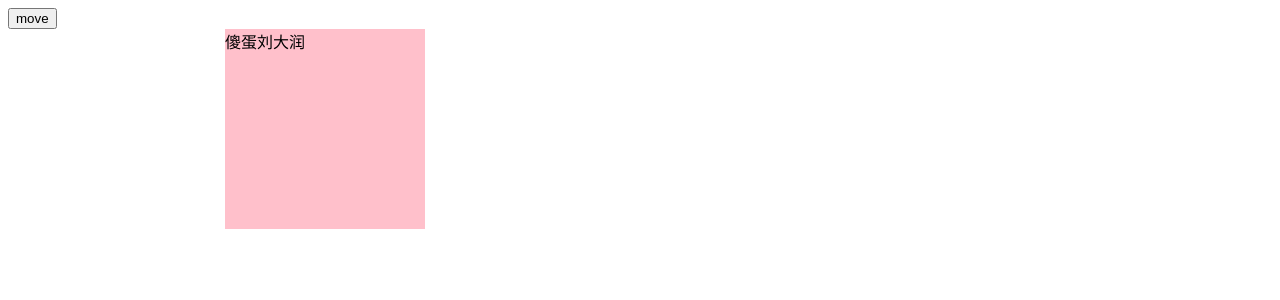
Repository: szl156/class
Page: review/javascript/test/test.html
An editor plug-in stored every save of this project. The page is shown before and after the next save, followed by the edit.
The browser window is 1280 px wide. The pictures show the whole page.
After loading, the first visible `button` was clicked once.

Above is the page before, as saved 2022-07-25 21:59:56.

### review/javascript/test/test.html
<!DOCTYPE html>
<html lang="en">

<head>
    <meta charset="UTF-8">
    <meta http-equiv="X-UA-Compatible" content="IE=edge">
    <meta name="viewport" content="width=device-width, initial-scale=1.0">
    <title>Document</title>
    <style>
        div {
            position: absolute;
            top: 20;
            left: 0;
            width: 200px;
            height: 200px;
            background-color: pink;
        }
    </style>
</head>

<body>
    <button>move</button>
    <div>
        傻蛋刘大润
    </div>
    <script>
        const btn = document.querySelector('button')
        const div = document.querySelector('div')

        function animate(obj, target) {
            obj.timer = setInterval(function() {
                let step = 3
                if (obj.offsetLeft > target) {
                    clearInterval(obj.timer)
                }
                obj.style.left = obj.offsetLeft + step + 'px'
            }, 20)
        }
        btn.addEventListener('click', function() {
            animate(div, 800)
        })
    </script>
</body>

</html>

After the next save:
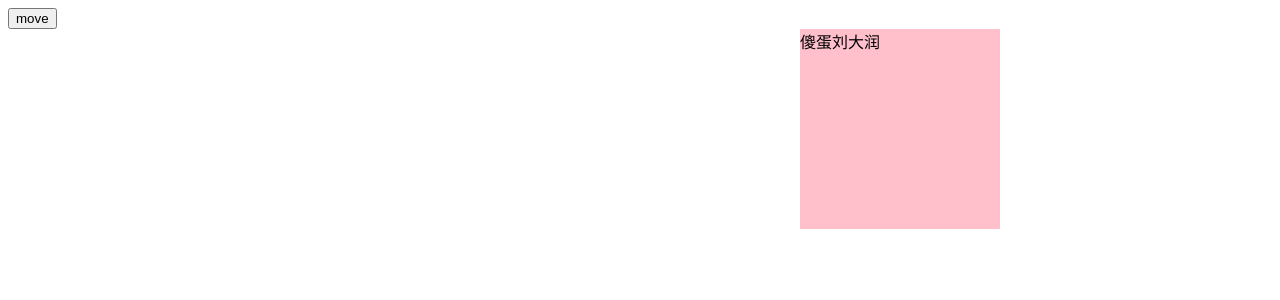
Saved 2 min 2 s later.
--- a/review/javascript/test/test.html
+++ b/review/javascript/test/test.html
@@ -29,7 +29,7 @@
 
         function animate(obj, target) {
             obj.timer = setInterval(function() {
-                let step = 3
+                let step = Math.ceil((target - obj.offsetLeft) / 10)
                 if (obj.offsetLeft > target) {
                     clearInterval(obj.timer)
                 }
